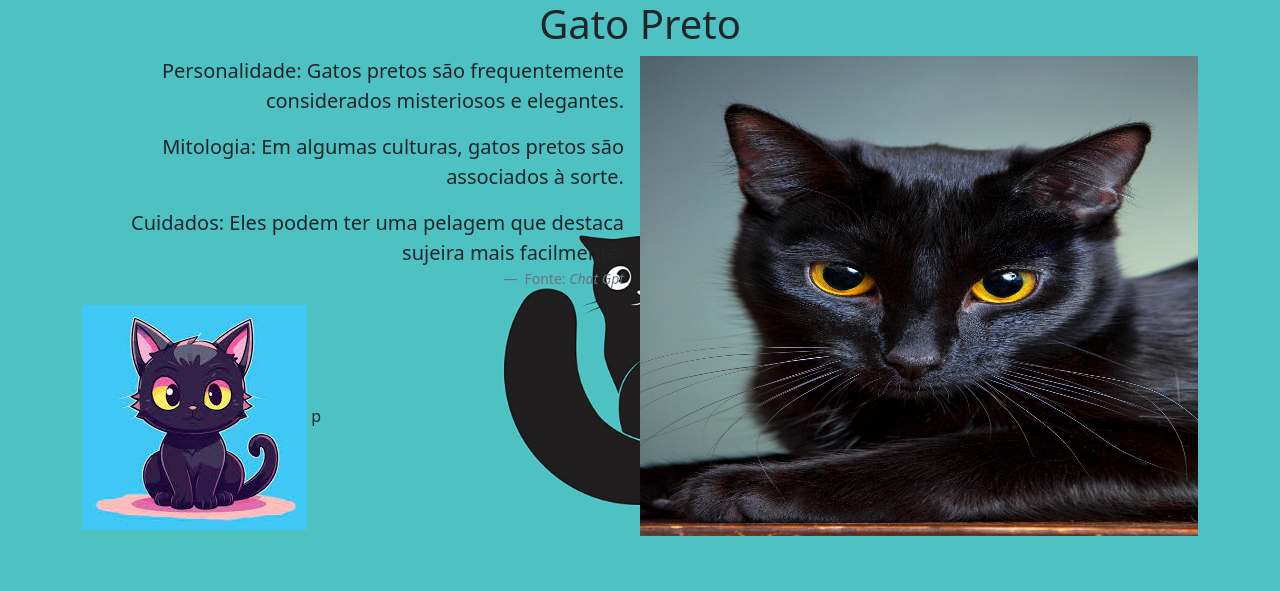
Repository: SktYzu/gatitu
Page: index.html
These files come from the project's save history. The page is drawn as it stood at one moment and after the next save; the edit follows.
The browser window is 1280 px wide. The pictures show the whole page.

Above is the page before, as saved 2023-11-27 15:20:48.

After the next save:
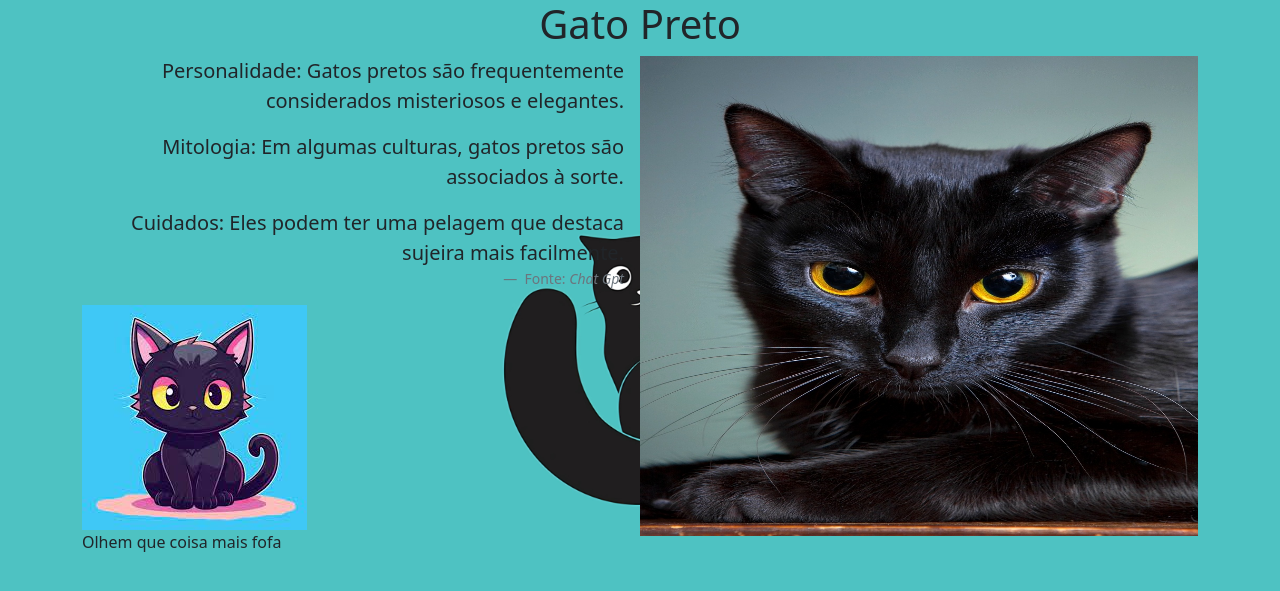
Saved 7 s later.
--- a/index.html
+++ b/index.html
@@ -41,7 +41,7 @@
             </figure>
 
             <img src="pletu.jpg" alt="Perfeição">
-            p
+            <p>Olhem que coisa mais fofa</p>
         </div>
     </div>
 
